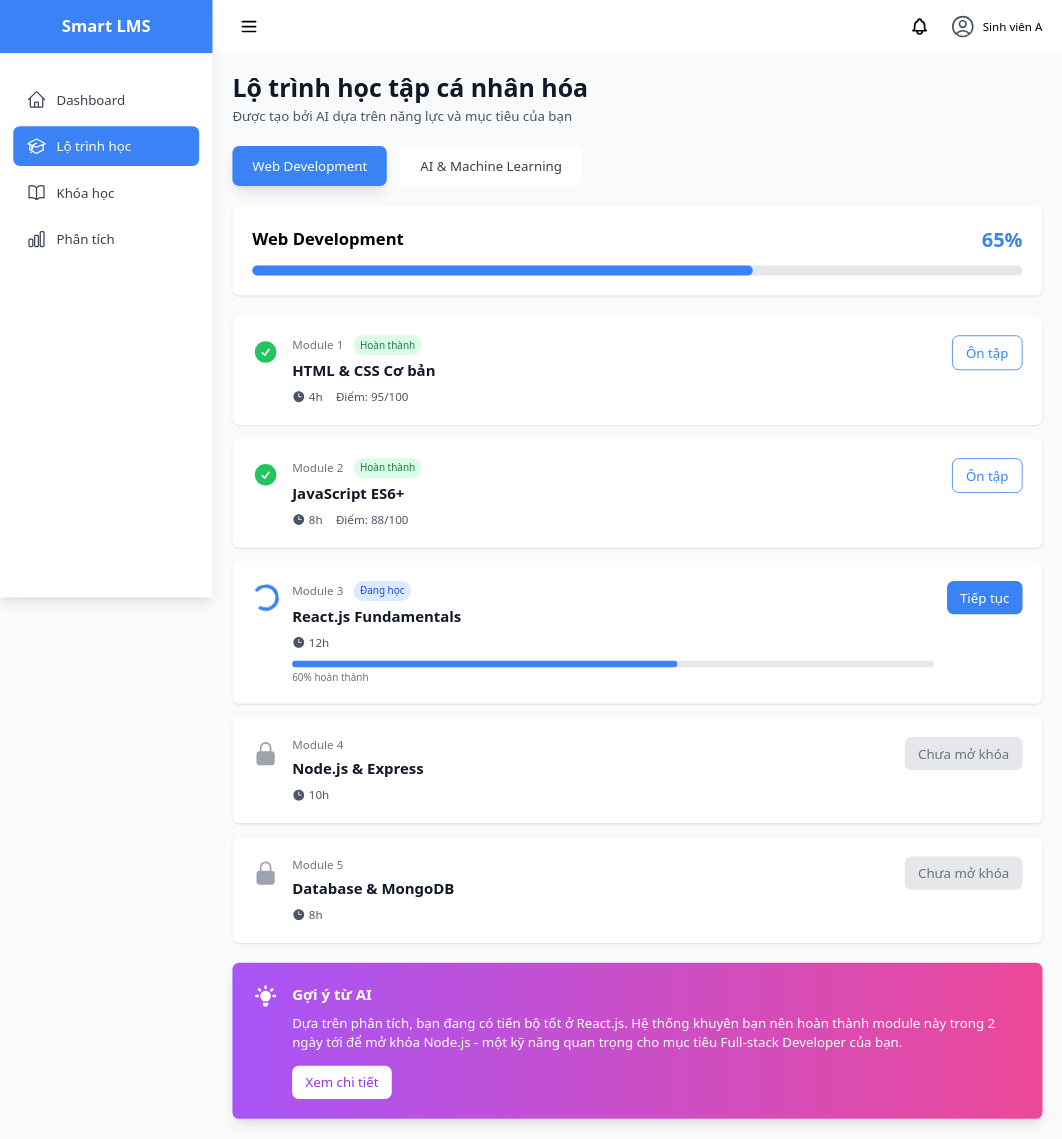
Repository: ntpa812/HTKDTM_Nhom1Ca2
Page: /learning-path (app in smart-lms-frontend/)
An editor plug-in stored every save of this project. The page is shown before and after the next save, followed by the edit.
The browser window is 1280 px wide. The pictures show the whole page, at 83% of full size.
The project was rebuilt for these pictures with package versions that can differ from the ones it lists, and the page was loaded fresh each time. Also part of the build but not shown: smart-lms-frontend/src/pages/Dashboard.jsx, smart-lms-frontend/src/pages/Courses.jsx, smart-lms-frontend/src/pages/Analytics.jsx.

Above is the page before, as saved 2025-10-26 03:26:36.

### smart-lms-frontend/src/App.js
import React from 'react';
import { BrowserRouter, Routes, Route } from 'react-router-dom';
import Layout from './components/layout/Layout';
import Dashboard from './pages/Dashboard';
import LearningPath from './pages/LearningPath';
import Courses from './pages/Courses';
import Analytics from './pages/Analytics';

function App() {
  return (
    <BrowserRouter>
      <Routes>
        <Route path="/" element={<Layout />}>
          <Route index element={<Dashboard />} />
          <Route path="learning-path" element={<LearningPath />} />
          <Route path="courses" element={<Courses />} />
          <Route path="analytics" element={<Analytics />} />
        </Route>
      </Routes>
    </BrowserRouter>
  );
}

export default App;

### smart-lms-frontend/src/components/layout/Layout.jsx
import React, { useState } from 'react';
import { Link, Outlet, useLocation } from 'react-router-dom';
import {
    HomeIcon,
    AcademicCapIcon,
    ChartBarIcon,
    BookOpenIcon,
    UserCircleIcon
} from '@heroicons/react/24/outline';

const Layout = () => {
    const [sidebarOpen, setSidebarOpen] = useState(true);
    const location = useLocation();

    const navigation = [
        { name: 'Dashboard', href: '/', icon: HomeIcon },
        { name: 'Lộ trình học', href: '/learning-path', icon: AcademicCapIcon },
        { name: 'Khóa học', href: '/courses', icon: BookOpenIcon },
        { name: 'Phân tích', href: '/analytics', icon: ChartBarIcon },
    ];

    return (
        <div className="min-h-screen bg-gray-50">
            {/* Sidebar */}
            <div className={`fixed inset-y-0 left-0 z-50 w-64 bg-white shadow-lg transform transition-transform duration-300 ${sidebarOpen ? 'translate-x-0' : '-translate-x-full'}`}>
                <div className="flex items-center justify-center h-16 bg-primary text-white font-bold text-xl">
                    Smart LMS
                </div>
                <nav className="mt-8 px-4 space-y-2">
                    {navigation.map((item) => {
                        const isActive = location.pathname === item.href;
                        return (
                            <Link
                                key={item.name}
                                to={item.href}
                                className={`flex items-center px-4 py-3 rounded-lg transition-colors ${isActive
                                    ? 'bg-primary text-white'
                                    : 'text-gray-700 hover:bg-gray-100'
                                    }`}
                            >
                                <item.icon className="h-6 w-6 mr-3" />
                                {item.name}
                            </Link>
                        );
                    })}
                </nav>
            </div>

            {/* Main Content */}
            <div className={`transition-all duration-300 ${sidebarOpen ? 'ml-64' : 'ml-0'}`}>
                {/* Header */}
                <header className="bg-white shadow-sm h-16 flex items-center justify-between px-6">
                    <button
                        onClick={() => setSidebarOpen(!sidebarOpen)}
                        className="p-2 rounded-md hover:bg-gray-100"
                    >
                        <svg className="h-6 w-6" fill="none" viewBox="0 0 24 24" stroke="currentColor">
                            <path strokeLinecap="round" strokeLinejoin="round" strokeWidth={2} d="M4 6h16M4 12h16M4 18h16" />
                        </svg>
                    </button>

                    <div className="flex items-center space-x-4">
                        <button className="p-2 rounded-full hover:bg-gray-100">
                            <svg className="h-6 w-6" fill="none" viewBox="0 0 24 24" stroke="currentColor">
                                <path strokeLinecap="round" strokeLinejoin="round" strokeWidth={2} d="M15 17h5l-1.405-1.405A2.032 2.032 0 0118 14.158V11a6.002 6.002 0 00-4-5.659V5a2 2 0 10-4 0v.341C7.67 6.165 6 8.388 6 11v3.159c0 .538-.214 1.055-.595 1.436L4 17h5m6 0v1a3 3 0 11-6 0v-1m6 0H9" />
                            </svg>
                        </button>
                        <div className="flex items-center space-x-2">
                            <UserCircleIcon className="h-8 w-8 text-gray-600" />
                            <span className="text-sm font-medium">Sinh viên A</span>
                        </div>
                    </div>
                </header>

                {/* Page Content */}
                <main className="p-6">
                    <Outlet />
                </main>
            </div>
        </div>
    );
};

export default Layout;

### smart-lms-frontend/src/pages/LearningPath.jsx
import React, { useState } from 'react';
import { CheckCircleIcon, ClockIcon, LockClosedIcon } from '@heroicons/react/24/solid';

const LearningPath = () => {
    const [selectedPath, setSelectedPath] = useState('web-dev');

    const learningPaths = {
        'web-dev': {
            name: 'Web Development',
            progress: 65,
            modules: [
                { id: 1, title: 'HTML & CSS Cơ bản', status: 'completed', duration: '4h', score: 95 },
                { id: 2, title: 'JavaScript ES6+', status: 'completed', duration: '8h', score: 88 },
                { id: 3, title: 'React.js Fundamentals', status: 'in-progress', duration: '12h', progress: 60 },
                { id: 4, title: 'Node.js & Express', status: 'locked', duration: '10h' },
                { id: 5, title: 'Database & MongoDB', status: 'locked', duration: '8h' },
            ]
        },
        'ai-ml': {
            name: 'AI & Machine Learning',
            progress: 40,
            modules: [
                { id: 1, title: 'Python for Data Science', status: 'completed', duration: '6h', score: 92 },
                { id: 2, title: 'Machine Learning Basics', status: 'in-progress', duration: '15h', progress: 45 },
                { id: 3, title: 'Deep Learning với TensorFlow', status: 'locked', duration: '20h' },
                { id: 4, title: 'Natural Language Processing', status: 'locked', duration: '18h' },
            ]
        }
    };

    const currentPath = learningPaths[selectedPath];

    return (
        <div className="space-y-6">
            {/* Header */}
            <div>
                <h1 className="text-3xl font-bold text-gray-900">Lộ trình học tập cá nhân hóa</h1>
                <p className="text-gray-600 mt-1">Được tạo bởi AI dựa trên năng lực và mục tiêu của bạn</p>
            </div>

            {/* Path Selector */}
            <div className="flex space-x-4">
                <button
                    onClick={() => setSelectedPath('web-dev')}
                    className={`px-6 py-3 rounded-lg font-medium transition ${selectedPath === 'web-dev'
                        ? 'bg-primary text-white shadow-lg'
                        : 'bg-white text-gray-700 hover:bg-gray-50'
                        }`}
                >
                    Web Development
                </button>
                <button
                    onClick={() => setSelectedPath('ai-ml')}
                    className={`px-6 py-3 rounded-lg font-medium transition ${selectedPath === 'ai-ml'
                        ? 'bg-primary text-white shadow-lg'
                        : 'bg-white text-gray-700 hover:bg-gray-50'
                        }`}
                >
                    AI & Machine Learning
                </button>
            </div>

            {/* Progress Overview */}
            <div className="bg-white p-6 rounded-lg shadow">
                <div className="flex items-center justify-between mb-4">
                    <h2 className="text-xl font-semibold">{currentPath.name}</h2>
                    <span className="text-2xl font-bold text-primary">{currentPath.progress}%</span>
                </div>
                <div className="w-full bg-gray-200 rounded-full h-3">
                    <div
                        className="bg-primary h-3 rounded-full transition-all duration-500"
                        style={{ width: `${currentPath.progress}%` }}
                    ></div>
                </div>
            </div>

            {/* Learning Modules */}
            <div className="space-y-4">
                {currentPath.modules.map((module, index) => (
                    <div key={module.id} className="bg-white rounded-lg shadow hover:shadow-md transition">
                        <div className="p-6">
                            <div className="flex items-start justify-between">
                                <div className="flex items-start space-x-4 flex-1">
                                    {/* Status Icon */}
                                    <div className="flex-shrink-0 mt-1">
                                        {module.status === 'completed' && (
                                            <CheckCircleIcon className="h-8 w-8 text-green-500" />
                                        )}
                                        {module.status === 'in-progress' && (
                                            <div className="h-8 w-8 border-4 border-primary border-t-transparent rounded-full animate-spin"></div>
                                        )}
                                        {module.status === 'locked' && (
                                            <LockClosedIcon className="h-8 w-8 text-gray-400" />
                                        )}
                                    </div>

                                    {/* Module Info */}
                                    <div className="flex-1">
                                        <div className="flex items-center space-x-3">
                                            <span className="text-sm font-medium text-gray-500">Module {index + 1}</span>
                                            {module.status === 'completed' && (
                                                <span className="px-2 py-1 text-xs font-medium text-green-700 bg-green-100 rounded-full">
                                                    Hoàn thành
                                                </span>
                                            )}
                                            {module.status === 'in-progress' && (
                                                <span className="px-2 py-1 text-xs font-medium text-blue-700 bg-blue-100 rounded-full">
                                                    Đang học
                                                </span>
                                            )}
                                        </div>
                                        <h3 className="text-lg font-semibold text-gray-900 mt-1">{module.title}</h3>

                                        <div className="flex items-center space-x-4 mt-2 text-sm text-gray-600">
                                            <div className="flex items-center">
                                                <ClockIcon className="h-4 w-4 mr-1" />
                                                {module.duration}
                                            </div>
                                            {module.score && (
                                                <div className="flex items-center">
                                                    <span className="font-medium">Điểm: {module.score}/100</span>
                                                </div>
                                            )}
                                        </div>

                                        {/* Progress bar for in-progress modules */}
                                        {module.status === 'in-progress' && (
                                            <div className="mt-3">
                                                <div className="w-full bg-gray-200 rounded-full h-2">
                                                    <div
                                                        className="bg-blue-500 h-2 rounded-full"
                                                        style={{ width: `${module.progress}%` }}
                                                    ></div>
                                                </div>
                                                <p className="text-xs text-gray-500 mt-1">{module.progress}% hoàn thành</p>
                                            </div>
                                        )}
                                    </div>
                                </div>

                                {/* Action Button */}
                                <div className="ml-4">
                                    {module.status === 'completed' && (
                                        <button className="px-4 py-2 text-primary border border-primary rounded-lg hover:bg-blue-50 transition">
                                            Ôn tập
                                        </button>
                                    )}
                                    {module.status === 'in-progress' && (
                                        <button className="px-4 py-2 bg-primary text-white rounded-lg hover:bg-blue-600 transition">
                                            Tiếp tục
                                        </button>
                                    )}
                                    {module.status === 'locked' && (
                                        <button disabled className="px-4 py-2 bg-gray-200 text-gray-500 rounded-lg cursor-not-allowed">
                                            Chưa mở khóa
                                        </button>
                                    )}
                                </div>
                            </div>
                        </div>
                    </div>
                ))}
            </div>

            {/* AI Recommendation Box */}
            <div className="bg-gradient-to-r from-purple-500 to-pink-500 p-6 rounded-lg shadow-lg text-white">
                <div className="flex items-start space-x-4">
                    <div className="flex-shrink-0">
                        <svg className="h-8 w-8" fill="currentColor" viewBox="0 0 20 20">
                            <path d="M11 3a1 1 0 10-2 0v1a1 1 0 102 0V3zM15.657 5.757a1 1 0 00-1.414-1.414l-.707.707a1 1 0 001.414 1.414l.707-.707zM18 10a1 1 0 01-1 1h-1a1 1 0 110-2h1a1 1 0 011 1zM5.05 6.464A1 1 0 106.464 5.05l-.707-.707a1 1 0 00-1.414 1.414l.707.707zM5 10a1 1 0 01-1 1H3a1 1 0 110-2h1a1 1 0 011 1zM8 16v-1h4v1a2 2 0 11-4 0zM12 14c.015-.34.208-.646.477-.859a4 4 0 10-4.954 0c.27.213.462.519.476.859h4.002z" />
                        </svg>
                    </div>
                    <div>
                        <h3 className="font-bold text-lg">Gợi ý từ AI</h3>
                        <p className="mt-2">
                            Dựa trên phân tích, bạn đang có tiến bộ tốt ở React.js. Hệ thống khuyên bạn nên hoàn thành module này trong 2 ngày tới để mở khóa Node.js - một kỹ năng quan trọng cho mục tiêu Full-stack Developer của bạn.
                        </p>
                        <button className="mt-4 px-4 py-2 bg-white text-purple-600 rounded-lg font-medium hover:bg-gray-100 transition">
                            Xem chi tiết
                        </button>
                    </div>
                </div>
            </div>
        </div>
    );
};

export default LearningPath;

### smart-lms-frontend/tailwind.config.js
module.exports = {
    content: [
        "./src/**/*.{js,jsx,ts,tsx}",
    ],
    theme: {
        extend: {
            colors: {
                primary: '#3B82F6',
                secondary: '#10B981',
            }
        },
    },
    plugins: [],
}

Loaded but not shown: smart-lms-frontend/public/index.html (common file); smart-lms-frontend/src/index.js (common file); smart-lms-frontend/src/index.css (common file); smart-lms-frontend/src/reportWebVitals.js (common file)

After the next save:
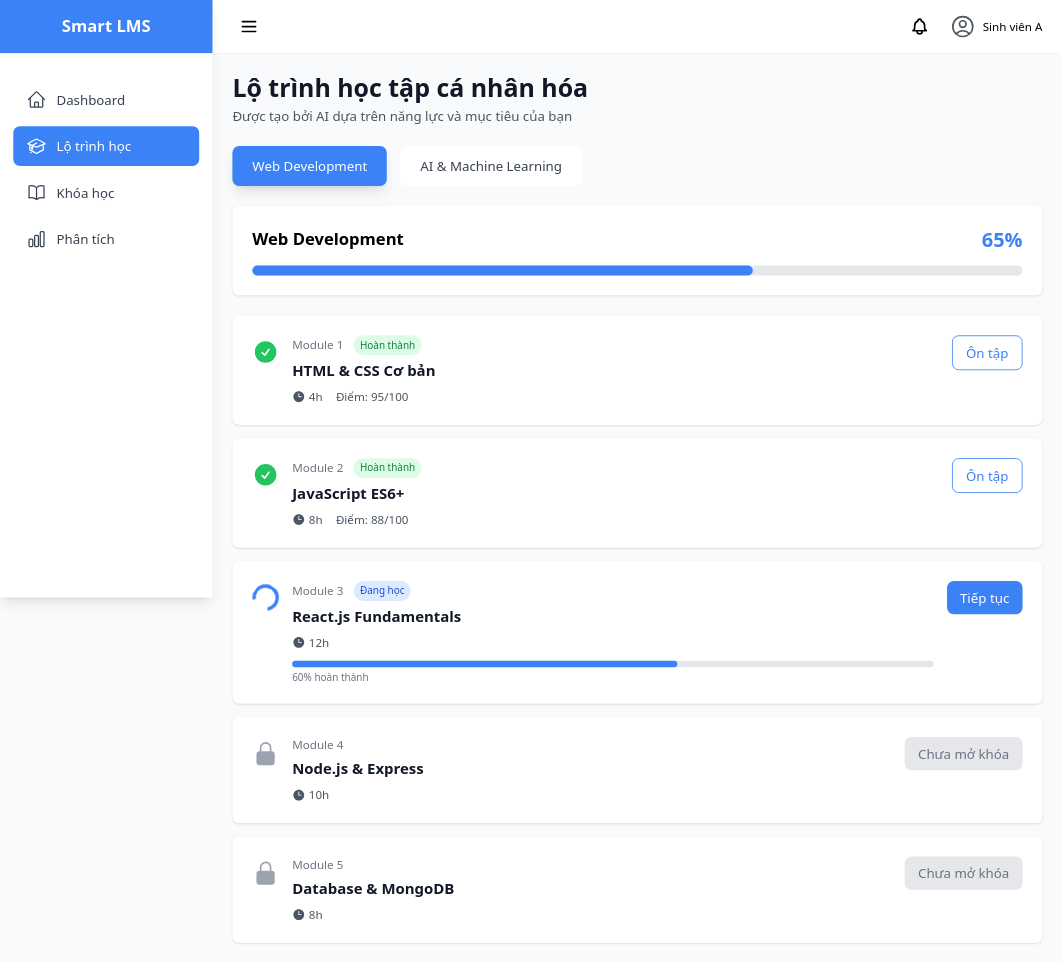
Saved 5 min 32 s later.
--- a/smart-lms-frontend/src/pages/LearningPath.jsx
+++ b/smart-lms-frontend/src/pages/LearningPath.jsx
@@ -162,25 +162,7 @@ const LearningPath = () => {
                 ))}
             </div>
 
-            {/* AI Recommendation Box */}
-            <div className="bg-gradient-to-r from-purple-500 to-pink-500 p-6 rounded-lg shadow-lg text-white">
-                <div className="flex items-start space-x-4">
-                    <div className="flex-shrink-0">
-                        <svg className="h-8 w-8" fill="currentColor" viewBox="0 0 20 20">
-                            <path d="M11 3a1 1 0 10-2 0v1a1 1 0 102 0V3zM15.657 5.757a1 1 0 00-1.414-1.414l-.707.707a1 1 0 001.414 1.414l.707-.707zM18 10a1 1 0 01-1 1h-1a1 1 0 110-2h1a1 1 0 011 1zM5.05 6.464A1 1 0 106.464 5.05l-.707-.707a1 1 0 00-1.414 1.414l.707.707zM5 10a1 1 0 01-1 1H3a1 1 0 110-2h1a1 1 0 011 1zM8 16v-1h4v1a2 2 0 11-4 0zM12 14c.015-.34.208-.646.477-.859a4 4 0 10-4.954 0c.27.213.462.519.476.859h4.002z" />
-                        </svg>
-                    </div>
-                    <div>
-                        <h3 className="font-bold text-lg">Gợi ý từ AI</h3>
-                        <p className="mt-2">
-                            Dựa trên phân tích, bạn đang có tiến bộ tốt ở React.js. Hệ thống khuyên bạn nên hoàn thành module này trong 2 ngày tới để mở khóa Node.js - một kỹ năng quan trọng cho mục tiêu Full-stack Developer của bạn.
-                        </p>
-                        <button className="mt-4 px-4 py-2 bg-white text-purple-600 rounded-lg font-medium hover:bg-gray-100 transition">
-                            Xem chi tiết
-                        </button>
-                    </div>
-                </div>
-            </div>
+
         </div>
     );
 };
